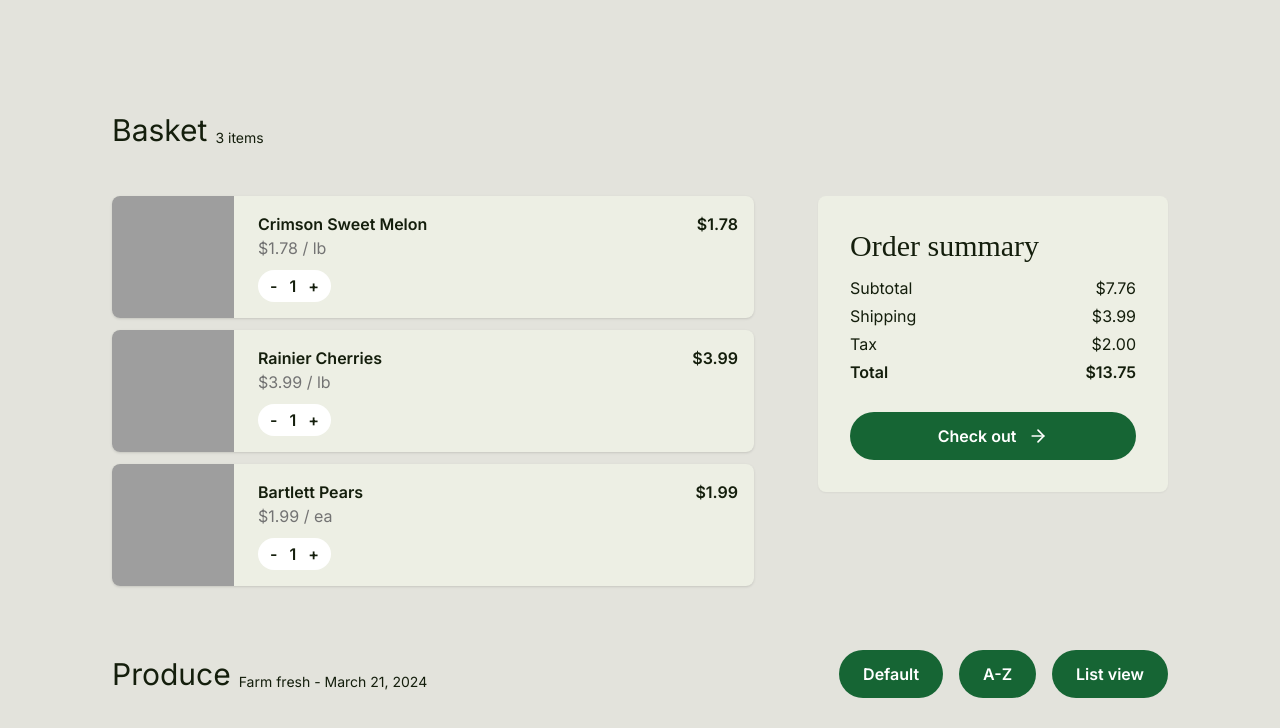
Repository: wswiselife/CSS
Page: / (app in figma-20240618/)
The author's editor kept a copy of each file at every save. The page is drawn from the files as they stood at one save, then again after the next save.
The browser window is 1280 px wide. The pictures show the part of the page from y = 1280 to 2020 px (the page is 2008 px tall before and 2020 px after).
Pictures or frames that could not be fetched are drawn as grey boxes. Some web fonts or font styles are not loaded; a fallback is used. The project was rebuilt for these pictures with package versions that can differ from the ones it lists, and the page was loaded fresh each time. The framework's server and built-in components were replaced by stand-ins that run in the browser. Also part of the build but not shown: figma-20240618/next.config.mjs, figma-20240618/app/components/navbar/UserItem.tsx.

Above is the page before, as saved 2024-06-19 09:19:25.

After the next save:
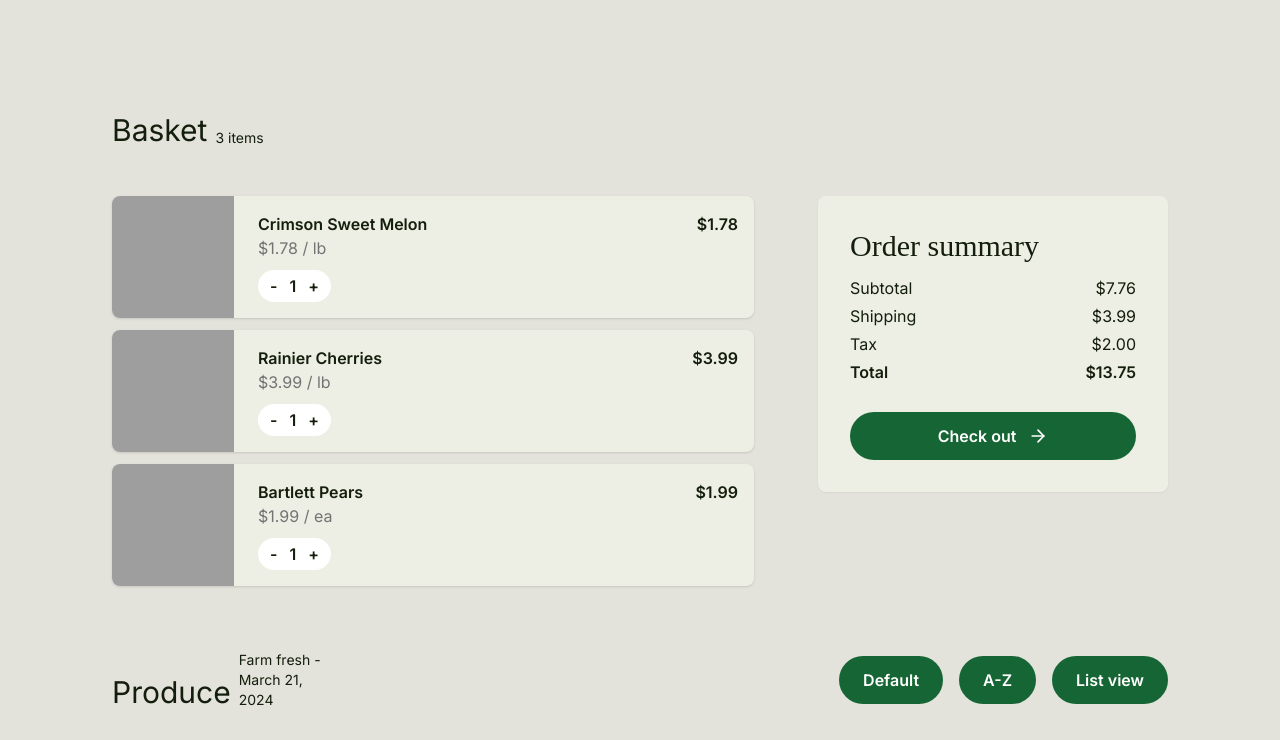
Saved 38 s later.
--- a/figma-20240618/app/components/Header.tsx
+++ b/figma-20240618/app/components/Header.tsx
@@ -29,7 +29,7 @@
 
             ">
                 <div className="text-3xl flex justify-end items-end">{title}</div>
-                <div className="text-sm w-26">{desc}</div>
+                <div className="text-sm w-24">{desc}</div>
             </div>
 
             {/* operate */}

After the save that followed:
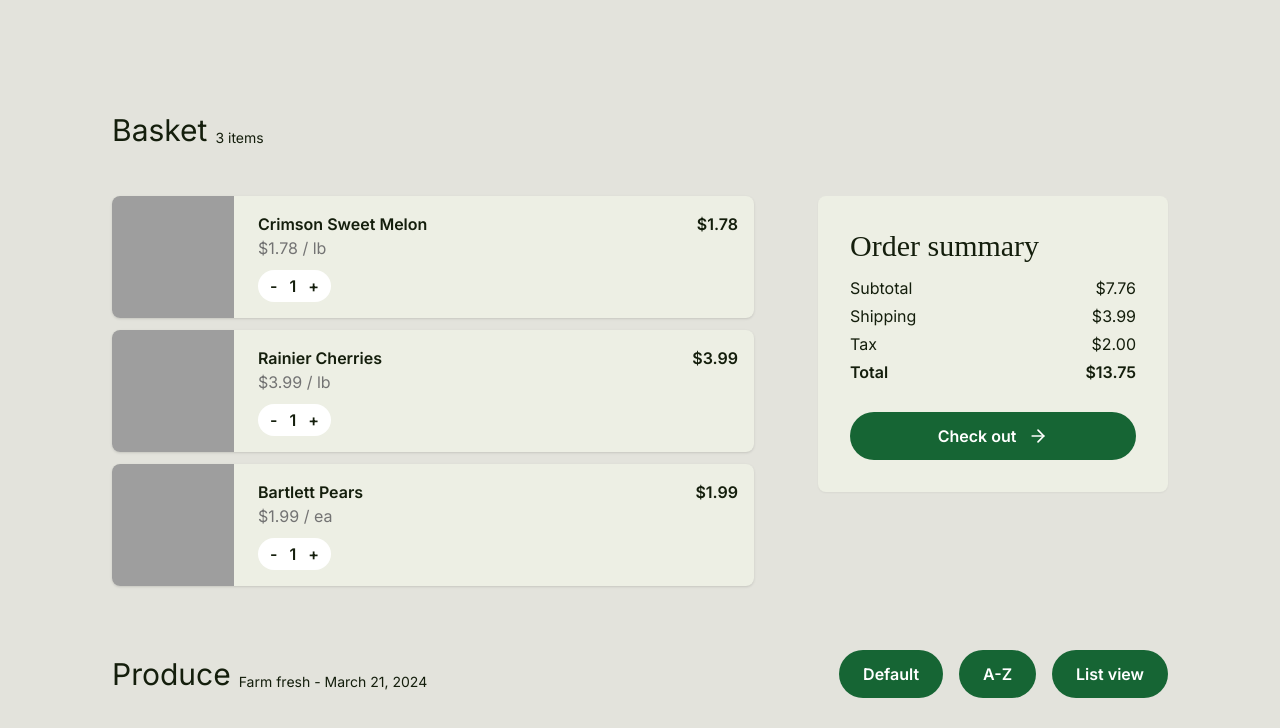
Saved 5 s later.
--- a/figma-20240618/app/components/Header.tsx
+++ b/figma-20240618/app/components/Header.tsx
@@ -29,7 +29,7 @@
 
             ">
                 <div className="text-3xl flex justify-end items-end">{title}</div>
-                <div className="text-sm w-24">{desc}</div>
+                <div className="text-sm w-26">{desc}</div>
             </div>
 
             {/* operate */}
